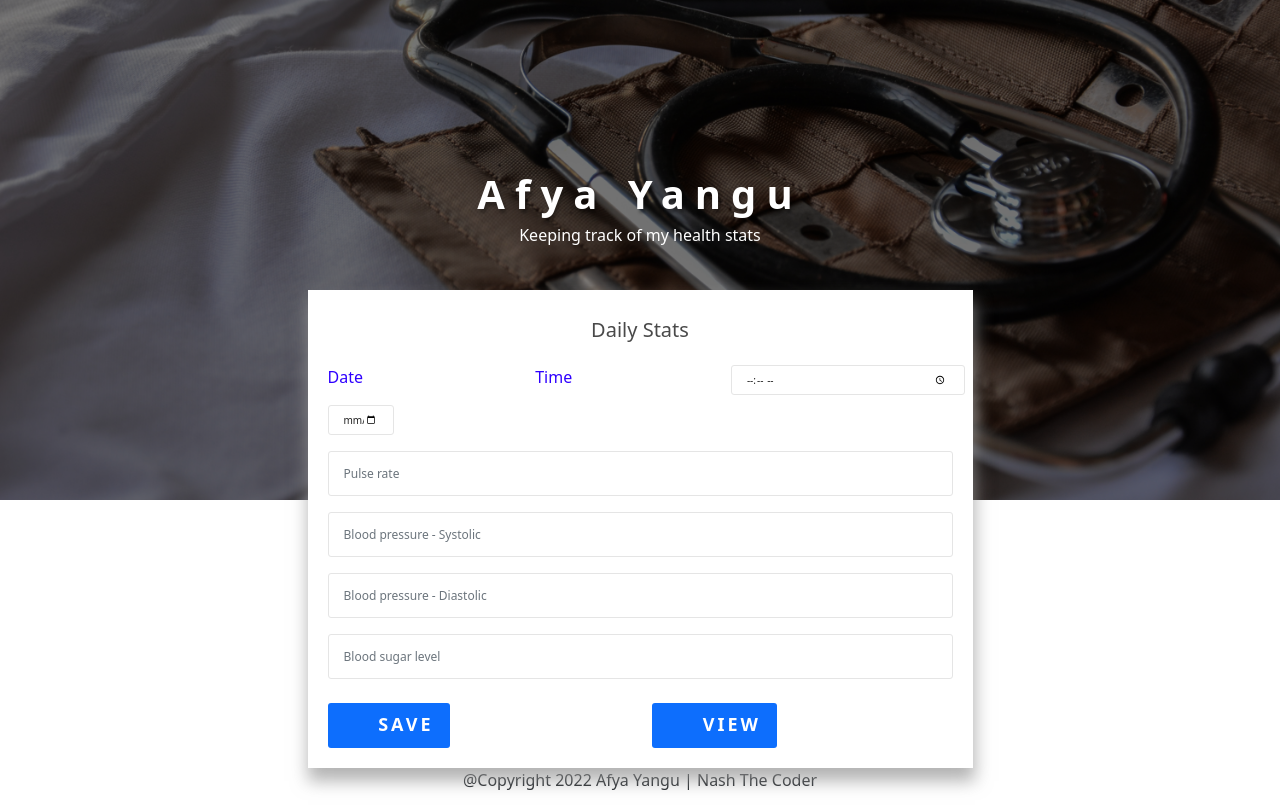
Repository: nashthecoder/afya_yangu
Page: /
These files come from the project's save history. The page is drawn as it stood at one moment and after a run of saves; the edit follows.
The browser window is 1280 px wide. The pictures show the whole page.
The project was rebuilt for these pictures with package versions that can differ from the ones it lists, and the page was loaded fresh each time.

Above is the page before, as saved 2022-02-27 16:48:00.

After the next 3 saves:
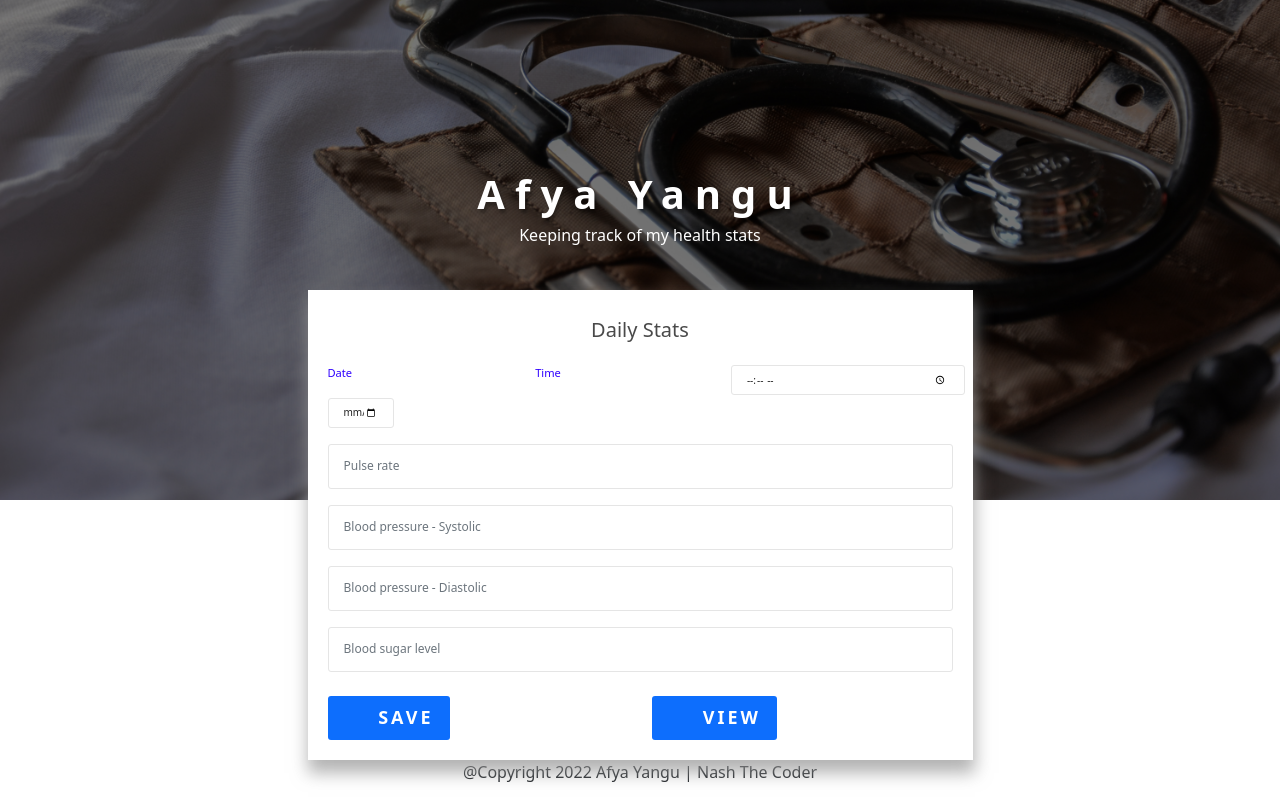
The 3 saves are shown as one change because they came seconds apart.
The last was saved 14 s later.
--- a/src/style.scss
+++ b/src/style.scss
@@ -184,7 +184,7 @@ input.form-control-short {
 
 .row {
     color: rgb(47, 0, 255);
-    font-size: medium;
+    font-size: smaller;
 }
 
 /*********************************************/
